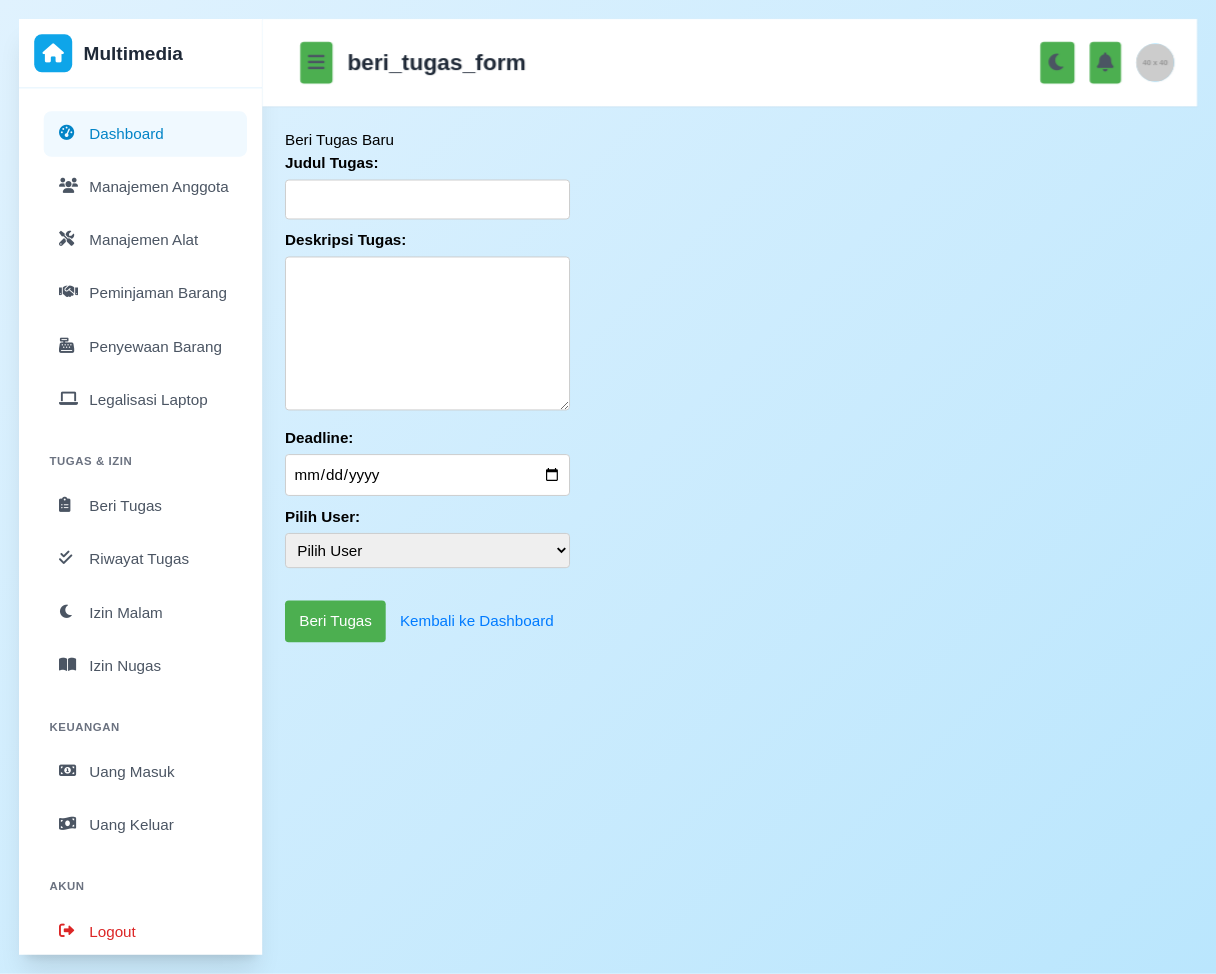
Repository: fatkquladhim/multimedia_app
Page: http://localhost/admin/beri tugas/beri_tugas_form.php
These files come from the project's save history. The page is drawn as it stood at one moment and after the next save; the edit follows.
The browser window is 1280 px wide. The pictures show the whole page, at 95% of full size.
Some web libraries are served in a nearby version. The page is run by PHP 8.4 with error messages shown; the project is at /var/www/html/. The session is filled in as if someone had signed in: {"user_id": 2, "username": "asep", "role": "admin"}. The database holds what the project's SQL file puts in it.

Above is the page before, as saved 2025-07-18 22:56:39.

After the next save:
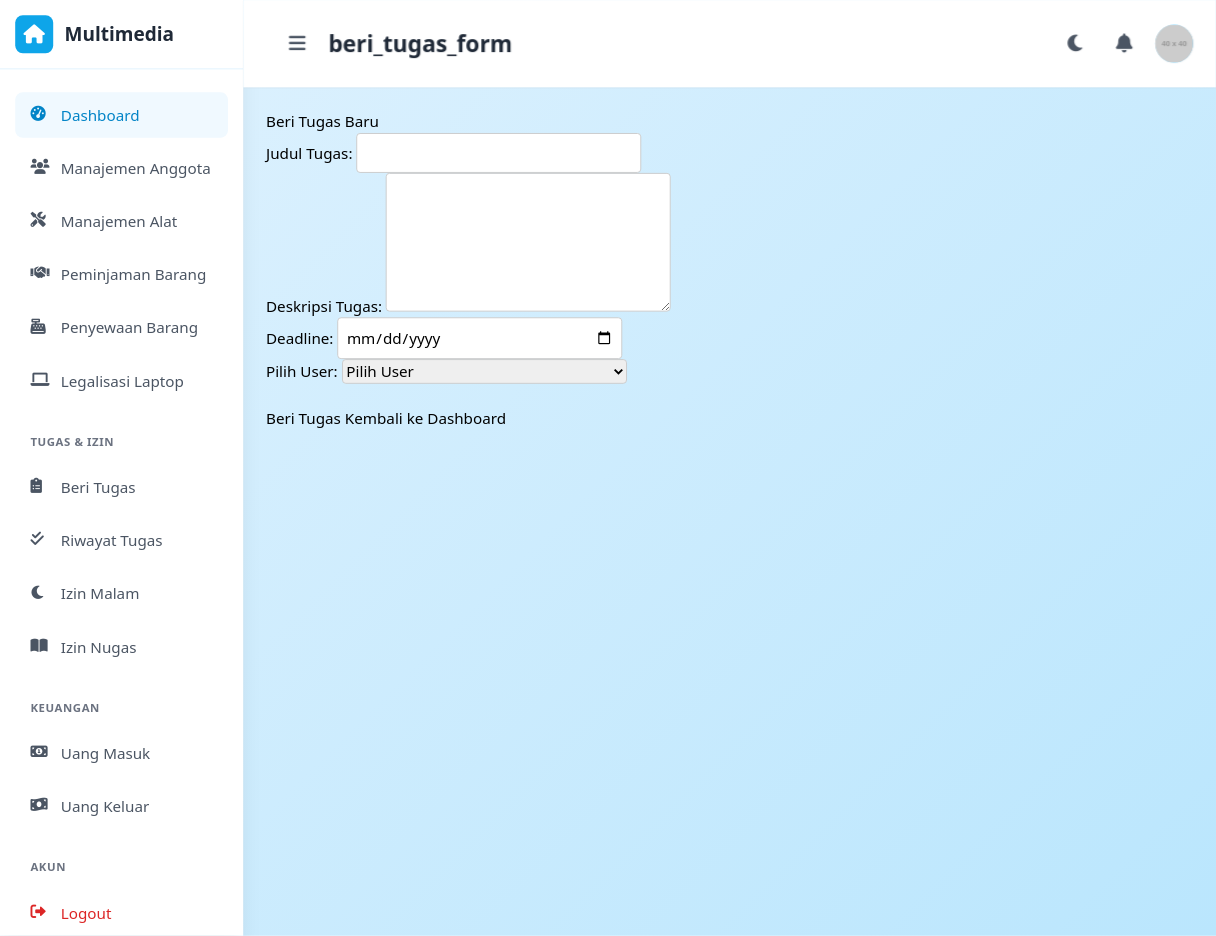
Saved 39 s later.
--- a/admin/beri tugas/beri_tugas_form.php
+++ b/admin/beri tugas/beri_tugas_form.php
@@ -13,27 +13,6 @@ $users = $conn->query("SELECT id, username, nama_lengkap FROM users WHERE role =
 include '../header.php'; // Path relatif dari 'anggota/'
 ?>
 
-<!DOCTYPE html>
-<html>
-<head>
-    <title>Beri Tugas</title>
-    <style>
-        body { font-family: Arial, sans-serif; margin: 20px; }
-        form div { margin-bottom: 10px; }
-        label { display: block; margin-bottom: 5px; font-weight: bold; }
-        input[type="text"], input[type="date"], textarea, select {
-            width: 300px; padding: 8px; border: 1px solid #ccc; border-radius: 4px;
-        }
-        button { padding: 10px 15px; background-color: #4CAF50; color: white; border: none; border-radius: 4px; cursor: pointer; }
-        button:hover { background-color: #45a049; }
-        a { text-decoration: none; color: #007bff; margin-left: 10px; }
-        a:hover { text-decoration: underline; }
-        .message { padding: 10px; margin-bottom: 15px; border-radius: 4px; }
-        .success { background-color: #d4edda; color: #155724; border: 1px solid #c3e6cb; }
-        .error { background-color: #f8d7da; color: #721c24; border: 1px solid #f5c6cb; }
-    </style>
-</head>
-<body>
     <h2>Beri Tugas Baru</h2>
 
     <?php
